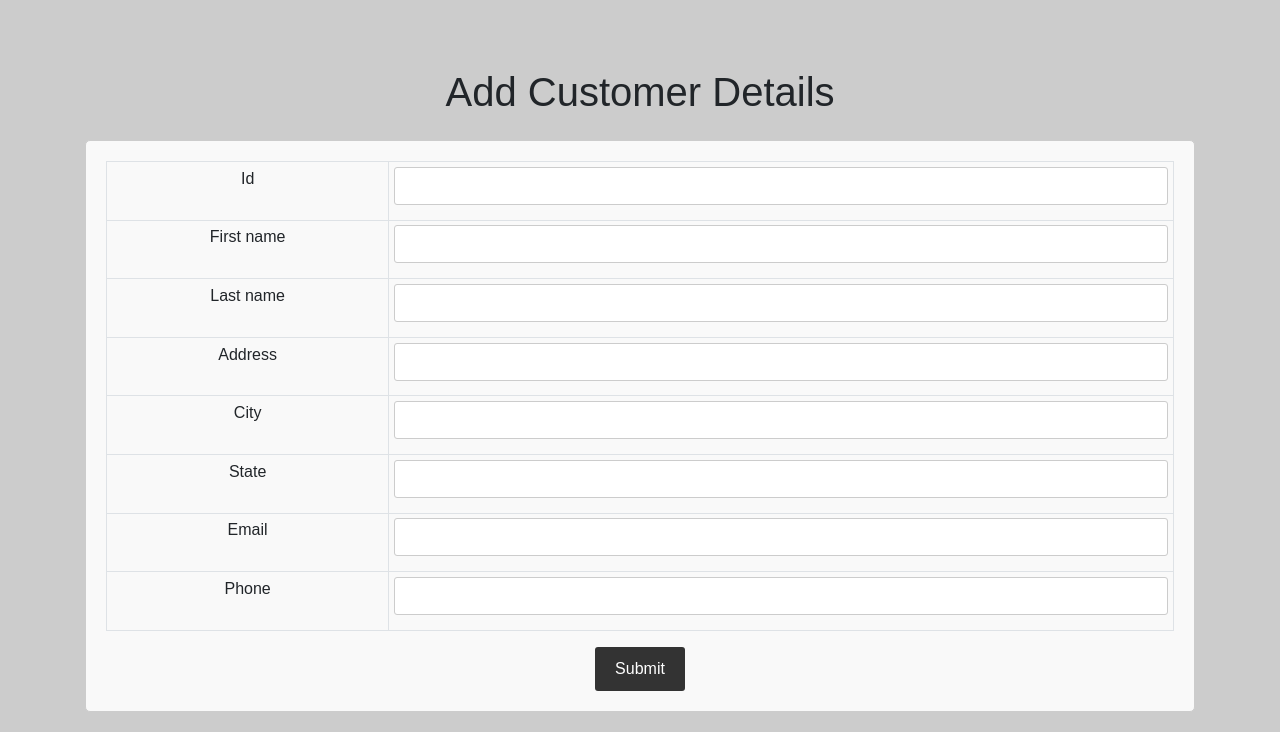
Repository: Shamanth-S/Customer-management
Page: User Management/src/main/webapp/add.html
These files come from the project's save history. The page is drawn as it stood at one moment and after the next save; the edit follows.
The browser window is 1280 px wide. The pictures show the whole page.

Above is the page before, as saved 2023-09-07 09:30:16.

After the next save:
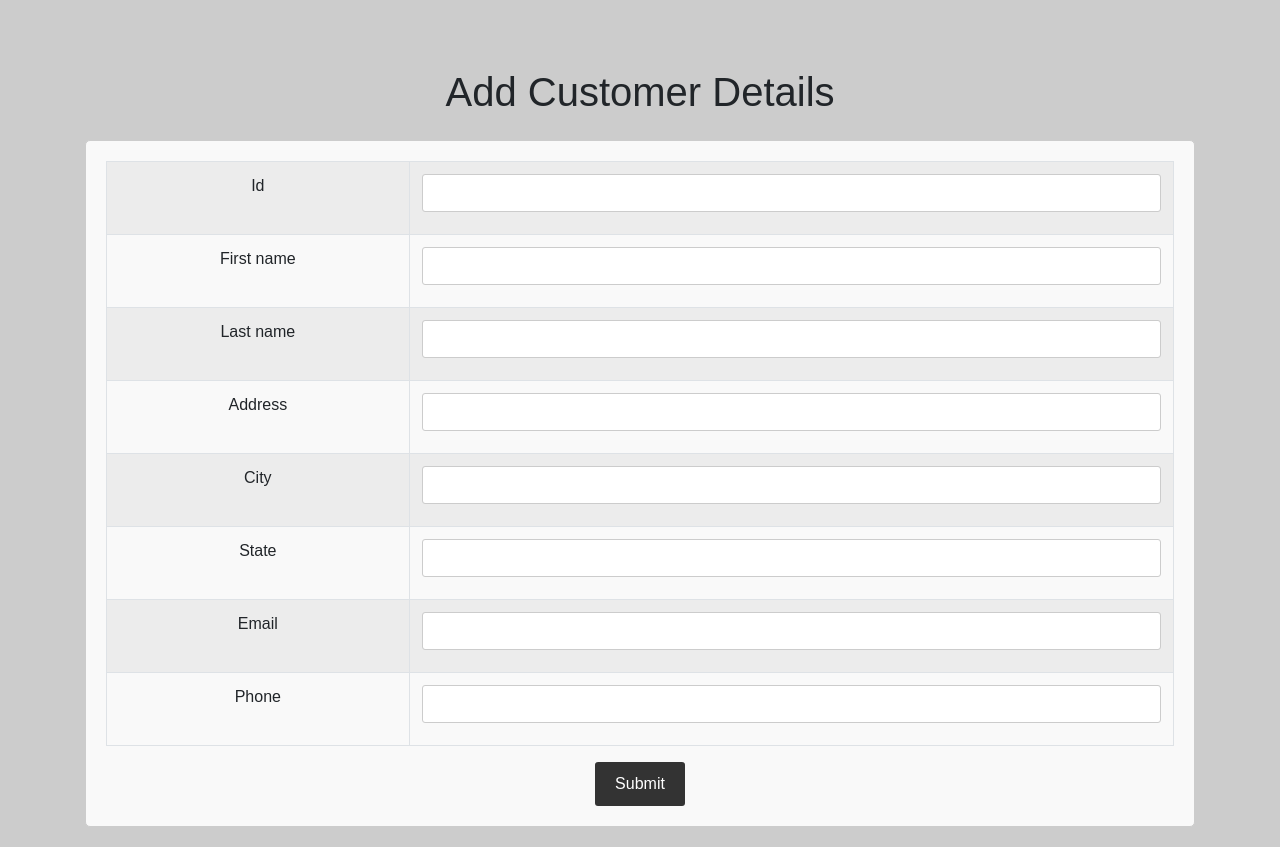
Saved 58 s later.
--- a/User Management/src/main/webapp/add.html
+++ b/User Management/src/main/webapp/add.html
@@ -10,7 +10,7 @@
     <div class="container mt-5 mx-auto">
         <h1 class="text-center mb-4">Add Customer Details</h1>
         <form method="POST" action="Customer" class="text-center">
-            <table class="table table-bordered table-sm mx-auto">
+            <table class="table table-striped table-bordered">
                 <tr>
                     <td>Id</td>
                     <td><input type="text" class="form-control" name="id" id="id" required></td>
